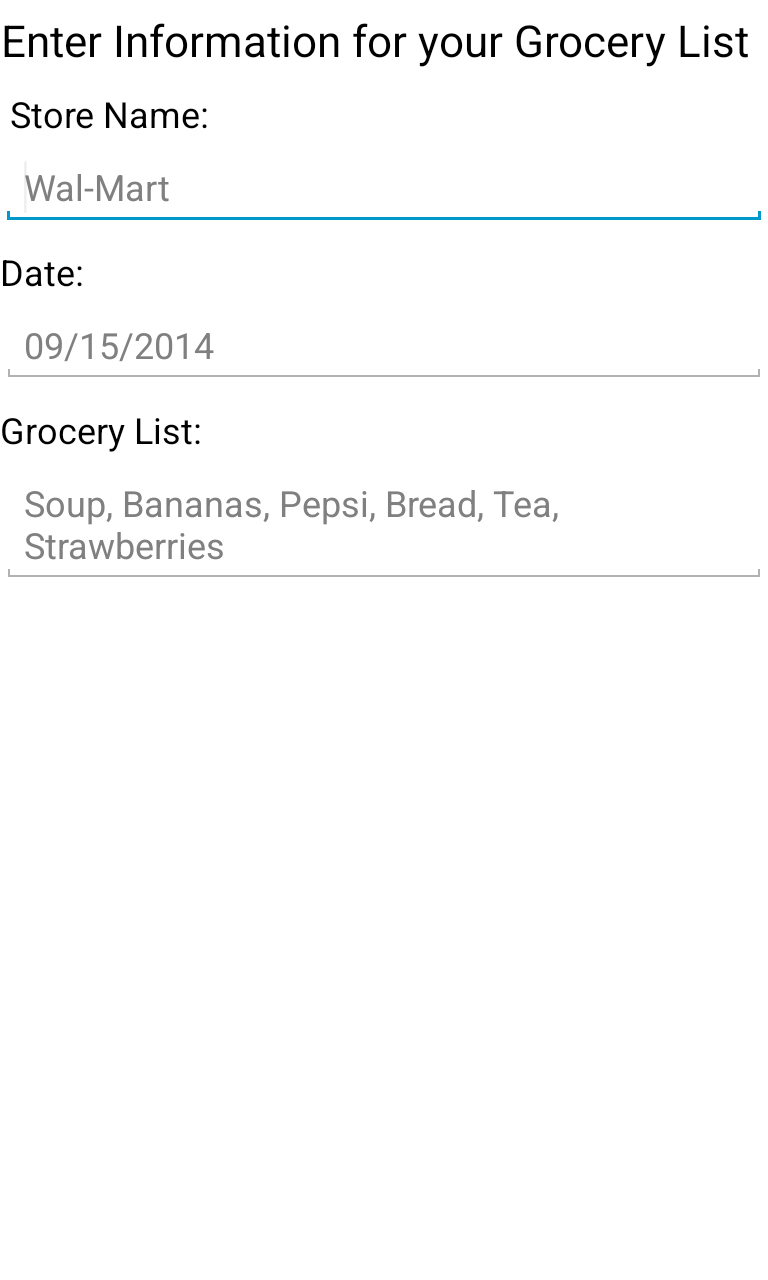
Repository: laurenelder/MDF3
Layout: Week 3/WidgetApp/res/layout/activity_form.xml
An editor plug-in stored every save of this project. The layout is shown before and after the next save, followed by the edit.
It is drawn on a 768 x 1280 px phone screen (xhdpi) without system bars, with theme AppTheme; the app's code is not run.

Above is the layout before, as saved 2014-09-16 02:11:36.

### Week 3/WidgetApp/res/layout/activity_form.xml
<?xml version="1.0" encoding="utf-8"?>
<LinearLayout xmlns:android="http://schemas.android.com/apk/res/android"
    android:layout_width="match_parent"
    android:layout_height="match_parent"
    android:orientation="vertical" >

    <TextView
        android:id="@+id/formTitle"
        android:layout_width="wrap_content"
        android:layout_height="wrap_content"
        android:layout_marginTop="5dp"
        android:gravity="center"
        android:text="@string/form_label"
        android:textAppearance="?android:attr/textAppearanceLarge" />

    <TextView
        android:id="@+id/storeLabel"
        android:layout_width="wrap_content"
        android:layout_height="wrap_content"
        android:layout_marginTop="10dp"
        android:layout_marginLeft="5dp"
        android:layout_marginRight="5dp"
        android:text="@string/store_label"
        android:textAppearance="?android:attr/textAppearanceMedium" />

    <EditText
        android:id="@+id/storeInput"
        android:layout_width="match_parent"
        android:layout_height="wrap_content"
        android:layout_marginTop="5dp"
        android:hint="@string/store_hint"
        android:ems="10" >

        <requestFocus />
    </EditText>

    <TextView
        android:id="@+id/dateLabel"
        android:layout_width="wrap_content"
        android:layout_height="wrap_content"
        android:layout_marginTop="10dp"
        android:text="@string/date_label"
        android:textAppearance="?android:attr/textAppearanceMedium" />

    <EditText
        android:id="@+id/dateInput"
        android:layout_width="match_parent"
        android:layout_height="wrap_content"
        android:layout_marginTop="5dp"
        android:hint="@string/date_hint"
        android:ems="10" />

    <TextView
        android:id="@+id/listLabel"
        android:layout_width="wrap_content"
        android:layout_height="wrap_content"
        android:layout_marginTop="10dp"
        android:text="@string/list_label"
        android:textAppearance="?android:attr/textAppearanceMedium" />

    <EditText
        android:id="@+id/listInput"
        android:layout_width="match_parent"
        android:layout_height="wrap_content"
        android:layout_marginTop="5dp"
        android:hint="@string/list_hint"
        android:ems="10" />

</LinearLayout>

### Week 3/WidgetApp/res/values/strings.xml
<?xml version="1.0" encoding="utf-8"?>
<resources>

    <string name="app_name">Widget App</string>
    <string name="hello_world">Hello world!</string>
    <string name="action_settings">Settings</string>
    <string name="form_label">Enter Information for your Grocery List</string>
    <string name="store_label">Store Name:</string>
    <string name="date_label">Date:</string>
    <string name="list_label">Grocery List:</string>
    <string name="store_hint">Wal-Mart</string>
    <string name="date_hint">09/15/2014</string>
    <string name="list_hint">Soup, Bananas, Pepsi, Bread, Tea, Strawberries</string>

</resources>

Loaded but not shown: Week 3/WidgetApp/res/values/styles.xml (common file); Week 3/WidgetApp/res/values-v11/styles.xml (common file); Week 3/WidgetApp/res/values-v14/styles.xml (common file)

After the next save:
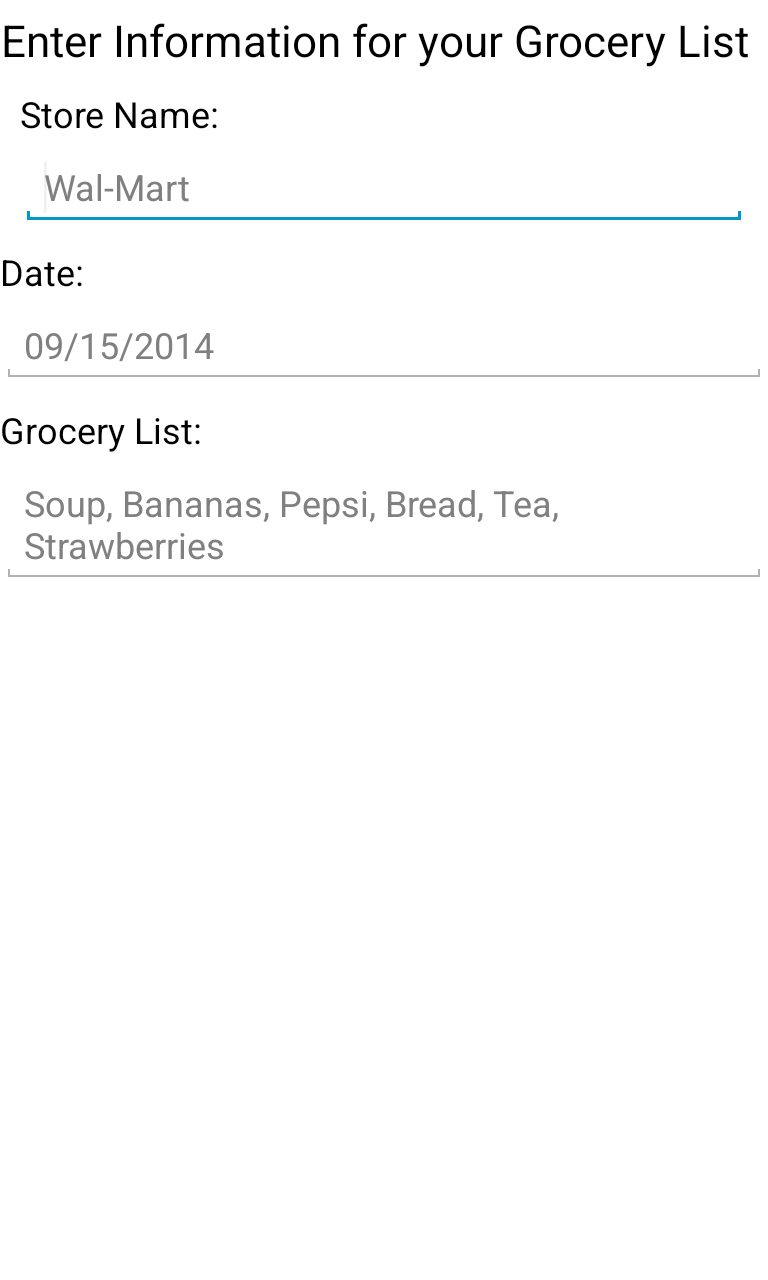
Saved 63 s later.
--- a/Week 3/WidgetApp/res/layout/activity_form.xml
+++ b/Week 3/WidgetApp/res/layout/activity_form.xml
@@ -18,8 +18,8 @@
         android:layout_width="wrap_content"
         android:layout_height="wrap_content"
         android:layout_marginTop="10dp"
-        android:layout_marginLeft="5dp"
-        android:layout_marginRight="5dp"
+        android:layout_marginLeft="10dp"
+        android:layout_marginRight="10dp"
         android:text="@string/store_label"
         android:textAppearance="?android:attr/textAppearanceMedium" />
 
@@ -28,6 +28,8 @@
         android:layout_width="match_parent"
         android:layout_height="wrap_content"
         android:layout_marginTop="5dp"
+        android:layout_marginLeft="10dp"
+        android:layout_marginRight="10dp"
         android:hint="@string/store_hint"
         android:ems="10" >
 
